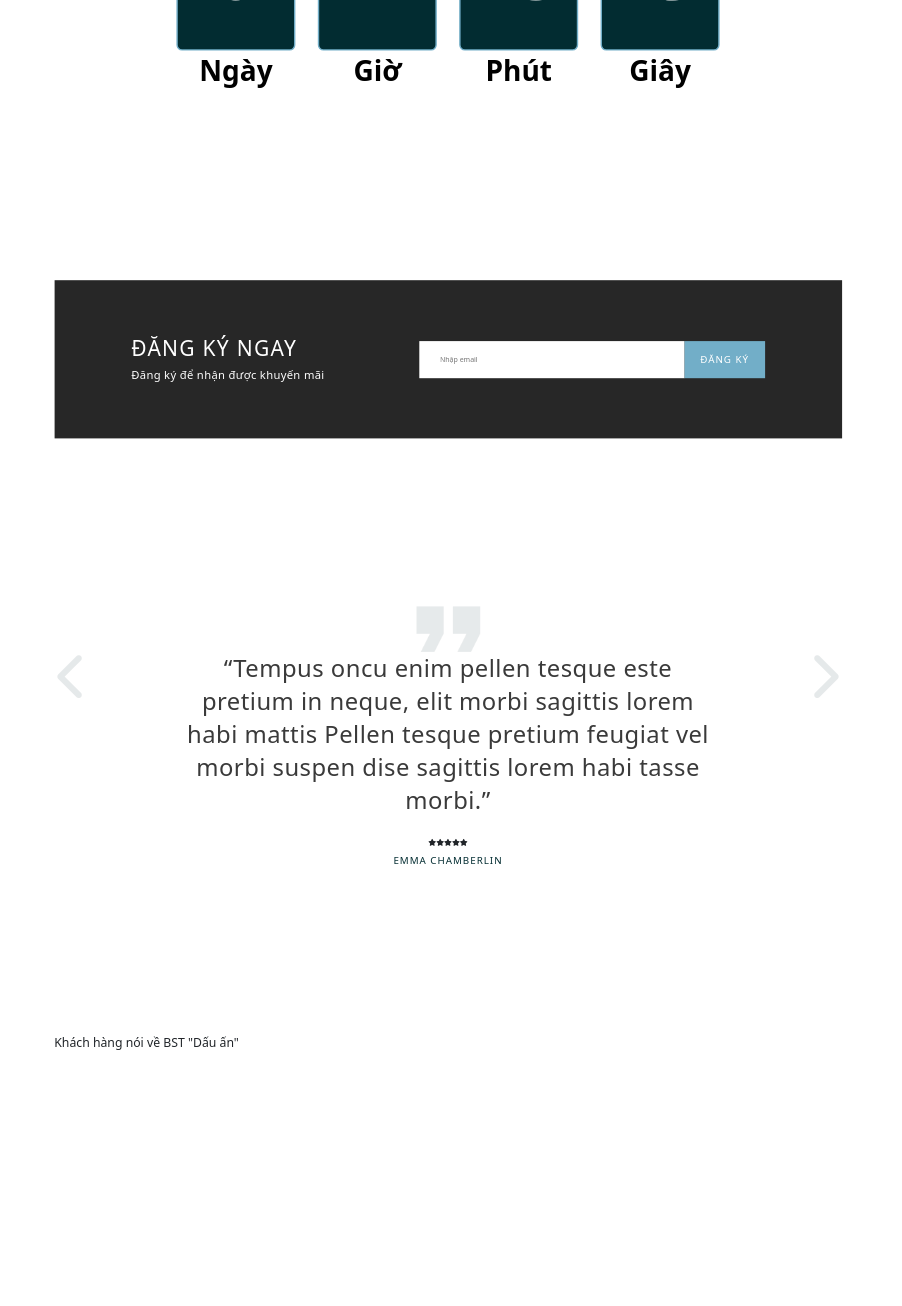
Repository: CangNgo/shoptrangsuc.github.io
Page: index.html
The author's editor kept a copy of each file at every save. The page is drawn from the files as they stood at one save, then again after a run of saves.
The browser window is 1280 px wide. The page is 1288 px wide, so the pictures cover 1288 px, including what lies to the right of the window. The pictures show the part of the page from y = 3966 to 5846 px (the page is 5831 px tall before and 5846 px after), at 70% of full size.

Above is the page before, as saved 2024-01-11 18:23:18.

### index.html
<!DOCTYPE html>
<html lang="en">

<head>
    <meta charset="UTF-8">
    <meta name="viewport" content="width=device-width, initial-scale=1.0">
    <link rel="stylesheet" href="asset/css/style.css">
    <link rel="stylesheet" href="asset/css/layout.css">
    <link rel="stylesheet" href="asset/fontawesome-free-6.2.1-web/fontawesome-free-6.2.1-web/css/all.min.css">
    <link href="https://cdn.jsdelivr.net/npm/bootstrap@5.3.2/dist/css/bootstrap.min.css" rel="stylesheet" integrity="sha384-T3c6CoIi6uLrA9TneNEoa7RxnatzjcDSCmG1MXxSR1GAsXEV/Dwwykc2MPK8M2HN" crossorigin="anonymous">

    <title>Serein shop trang sức</title>
</head>

<body>
    <main>
        <header>
            <div class="grid wide">
                <div class="header__main">
                    <div class="logo">
                        <img src="asset/img/logo.png" alt="">
                    </div>
                    <div class="nav">
                        <div class="navbar">
                            <ul>
                                <li><a href="#">Home</a></li>
                                <li><a href="shop.html">Shop</a></li>
                                <li><a href="#">About</a></li>
                                <li><a href="#">Blogs</a></li>
                                <li><a href="#">Contact</a></li>
                            </ul>
                        </div>
                        <div class="right__icons">
                            <div class="right__icon-item">
                                <i class="fa-solid fa-magnifying-glass"></i>
                            </div>
                            <div class="right__icon-item">
                                <i class="fa-solid fa-user"></i>
                            </div>
                            <div class="right__icon-item">
                                <i class="fa-solid fa-cart-shopping"></i>
                                <span>(0)</span>
                            </div>
                        </div>
                    </div>
                </div>
            </div>
        </header>
        <div class="banner">
            <div class="grid wide">
                <div class="row">
                    <div class="col l-6">
                        <div class="banner__left">
                            <h3>Bộ sưu tập</h3>
                            <h2>Dấu ấn</h2>
                            <span>Mỗi chúng ta là một cá thể độc nhất trên thế giới, vậy nên, hãy thoải mái sáng tạo
                                theo cách riêng của bạn. Dù ở bất kỳ phiên bản nào, Serein Jewelry luôn đồng hành cùng
                                bạn ghi lại “DẤU ẤN” riêng bạn.</span>
                        </div>
                    </div>
                    <div class="col l-6 ">
                        <div class="banner__right">
                            <div class="banner__right-btn">
                                <i class="fa-solid fa-chevron-left"></i>
                            </div>
                            <div class="banner-right-img">
                                <img src="asset/img/vong-bac-banner.png" alt="">
                            </div>
                            <div class="banner__right-btn">
                                <i class="fa-solid fa-chevron-right"></i>
                            </div>
                        </div>
                    </div>
                </div>
                <div class="row banner__bottom">
                    <div class="col l-6">
                        <form class="banner-bottom-left">
                            <button type="submit" name="">Mua ngay</button>
                        </form>
                    </div>
                    <div class="col l-6">
                        <div class="banner-bottom-right">
                            <div class="banner-bottom-color">
                                <div class="banner-bottom-color-item gold"></div>
                                <div class="banner-bottom-color-item white"></div>
                            </div>
                            <div class="banner-bottom-play">
                                <i class="fa-solid fa-circle-play"></i>
                            </div>
                        </div>
                    </div>
                </div>
            </div>
        </div>
        <section class="features container">
            <div class="grid wide">
                <div class="row">
                    <div class="col l-3">
                        <div class="features-item">
                            <div class="features-icon">
                                <i class="fa-solid fa-cart-shopping"></i>
                            </div>
                            <div class="feeatures-items">
                                <h4>Miễn phí giao hàng</h4>
                                <span>Consectetur adipi elit lorem ipsum dolor sit amet.</span>
                            </div>
                        </div>
                    </div>
                    <div class="col l-3">
                        <div class="features-item">
                            <div class="features-icon">
                                <i class="fa-solid fa-medal"></i>
                            </div>
                            <div class="feeatures-items">
                                <h4>Đảm bảo chất lượng</h4>
                                <span>Consectetur adipi elit lorem ipsum dolor sit amet.</span>
                            </div>
                        </div>
                    </div>
                    <div class="col l-3">
                        <div class="features-item">
                            <div class="features-icon">
                                <i class="fa-solid fa-tag"></i>
                            </div>
                            <div class="feeatures-items">
                                <h4>Ưu đãi hàng ngày</h4>
                                <span>Consectetur adipi elit lorem ipsum dolor sit amet.</span>
                            </div>
                        </div>
                    </div>
                    <div class="col l-3">
                        <div class="features-item">
                            <div class="features-icon">
                                <i class="fa-solid fa-shield"></i>
                            </div>
                            <div class="feeatures-items">
                                <h4>Thanh toán an toàn</h4>
                                <span>Consectetur adipi elit lorem ipsum dolor sit amet.</span>
                            </div>
                        </div>
                    </div>
                </div>
            </div>
        </section>
        <section class="product container">
            <div class="grid wide">
                <div class="product-section">
                    <h3>Sản phẩm mới</h3>
                    <span><a href="#">Đi đến shop</a></span>
                </div>
                <div class="row">
                    <form class="col l-3">
                        <div class="product-item">
                            <div class="product-top">
                                <div class="product-item-img">
                                    <img src="asset/img/vong-bac.png" alt="Vòng tay bạc">
                                </div>
                            </div>
                            <div class="product-bottom">
                                <div class="product-item-bottom">
                                    <div class="product-item-name">Vòng tay bạc</div>
                                    <div class="product-item-price"><a href="#">300.000 VNĐ</a></div>
                                </div>
                                <div class="buy-product" style="position: relative;">
                                    <button name="buy_product">Mua ngay</button>
                                    <button class="buy-product-item" name="cart_product"><i class="fa-solid fa-cart-shopping"></i></button>
                                </div>
                            </div>
                        </div>
                    </form>
                    <div class="col l-3">
                        <div class="product-item">
                            <div class="product-item-img">
                                <img src="asset/img/nhan-bac.png" alt="Vòng tay bạc">
                            </div>
                            <div class="product-item-bottom">
                                <div class="product-item-name">Vòng tay bạc</div>
                                <div class="product-item-price"><a href="#">300.000 VNĐ</a></div>
                            </div>
                        </div>
                    </div>
                    <div class="col l-3">
                        <div class="product-item">
                            <div class="product-item-img">
                                <img src="asset/img/bong-tai-bac.png" alt="Vòng tay bạc">
                            </div>
                            <div class="product-item-bottom">
                                <div class="product-item-name">Vòng tay bạc</div>
                                <div class="product-item-price"><a href="#">300.000 VNĐ</a></div>
                            </div>
                        </div>
                    </div>
                    <div class="col l-3">
                        <div class="product-item">
                            <div class="product-item-img">
                                <img src="asset/img/nhan-vang.png" alt="Vòng tay bạc">
                            </div>
                            <div class="product-item-bottom">
                                <div class="product-item-name">Vòng tay bạc</div>
                                <div class="product-item-price"><a href="#">300.000 VNĐ</a></div>
                            </div>
                        </div>
                    </div>
                </div>
            </div>
        </section>
        <section class="product container">
            <div class="grid wide">
                <div class="product-section">
                    <h3>Sản phẩm yêu thích</h3>
                    <span><a href="#">Đi đến shop</a></span>
                </div>
                <div class="row">
                    <div class="col l-3">
                        <div class="product-item">
                            <div class="product-item-img">
                                <img src="asset/img/vong-bac.png" alt="Vòng tay bạc">
                            </div>
                            <div class="product-item-bottom">
                                <div class="product-item-name">Vòng tay bạc</div>
                                <div class="product-item-price"><a href="#">300.000 VNĐ</a></div>
                            </div>
                        </div>
                    </div>
                    <div class="col l-3">
                        <div class="product-item">
                            <div class="product-item-img">
                                <img src="asset/img/nhan-bac.png" alt="Vòng tay bạc">
                            </div>
                            <div class="product-item-bottom">
                                <div class="product-item-name">Vòng tay bạc</div>
                                <div class="product-item-price"><a href="#">300.000 VNĐ</a></div>
                            </div>
                        </div>
                    </div>
                    <div class="col l-3">
                        <div class="product-item">
                            <div class="product-item-img">
                                <img src="asset/img/bong-tai-bac.png" alt="Vòng tay bạc">
                            </div>
                            <div class="product-item-bottom">
                                <div class="product-item-name">Vòng tay bạc</div>
                                <div class="product-item-price"><a href="#">300.000 VNĐ</a></div>
                            </div>
                        </div>
                    </div>
                    <div class="col l-3 m-12 c-12">
                        <div class="product-item">
                            <div class="product-item-img">
                                <img src="asset/img/nhan-vang.png" alt="Vòng tay bạc">
                            </div>
                            <div class="product-item-bottom">
                                <div class="product-item-name">Vòng tay bạc</div>
                                <div class="product-item-price"><a href="#">300.000 VNĐ</a></div>
                            </div>
                        </div>
                    </div>
                </div>
            </div>
        </section>
        <section class="posts product container">
            <div class="grid wide">
                <div class="product-section">
                    <h3>Bài viết mới</h3>
                    <span><a href="#">Đi đến blog</a></span>
                </div>
                <div class="row">
                    <div class="col l-4">
                        <div class="posts-item">
                            <div class="post-item-img"><img src="asset/img/post1.png" alt=""></div>
                            <div class="post-item-datetime">feb 22, 2023 - Gadgets</div>
                            <div class="post-item-name">Get some cool gadgets in 2023</div>
                        </div>
                    </div>
                    <div class="col l-4">
                        <div class="posts-item">
                            <div class="post-item-img"><img src="asset/img/post2.png" alt=""></div>
                            <div class="post-item-datetime">feb 22, 2023 - technology</div>
                            <div class="post-item-name">TECHNOLOGY HACK YOU WON’T GET</div>
                        </div>
                    </div>
                    <div class="col l-4">
                        <div class="posts-item">
                            <div class="post-item-img"><img src="asset/img/post3.png" alt=""></div>
                            <div class="post-item-datetime">feb 22, 2023 - camera</div>
                            <div class="post-item-name">toP 10 SMALL cAMERA IN THE WORLD</div>
                        </div>
                    </div>
                </div>
            </div>
        </section>
        <section class="coutdown container">
            <div class="grid wide">
                <div class="coutdown-content">
                    <h3>Đăng ký ngay để sở hữu BST "Dấu ấn"</h3>
                    <div class="coutdown-content-bottom">
                        <span>Vì “Dấu ấn” là BST độc nhất cho mỗi khách hàng, nên chúng tôi chỉ mở bán với số lượng giới
                            hạn.
                            Đặc biệt, khi mua hàng càng sớm bạn sẽ nhận được nhiều ưu đãi đặc biệt từ Serein Jewelry.
                        </span>
                        <button name="buy_submit">Mua ngay</button>
                    </div>
                </div>
                <div class="coutdown-olock">
                    <div class="coutdown-olock-item">
                        <div class="coutdown-olock-item-hour">0</div>
                        <div class="coutdown-olock-item-day">Ngày</div>
                    </div>
                    <div class="coutdown-olock-item">
                        <div class="coutdown-olock-item-hour">7</div>
                        <div class="coutdown-olock-item-day">Giờ</div>
                    </div>
                    <div class="coutdown-olock-item">
                        <div class="coutdown-olock-item-hour">23</div>
                        <div class="coutdown-olock-item-day">Phút</div>
                    </div>
                    <div class="coutdown-olock-item">
                        <div class="coutdown-olock-item-hour">49</div>
                        <div class="coutdown-olock-item-day">Giây</div>
                    </div>
                </div>
            </div>
        </section>
        <section class="form-register container">
            <div class="grid wide">
                <div class="form-register-main">
                    <div class="form-register-content">
                        <h3>Đăng ký ngay</h3>
                        <span>Đăng ký để nhận được khuyến mãi</span>
                    </div>
                    <div class="form-register-input">
                        <input type="text" placeholder="Nhập email">
                        <button>Đăng ký</button>
                    </div>
                </div>
            </div>
        </section>
        <section class="testimony container">
            <div class="grid wide">
                <div class="testimony-main">
                    <div class="testimony-icon">
                        <img src="asset/img/testimony-icon.png" alt="">
                    </div>
                    <div class="testimony-content">
                        <div class="testimony-button-left">
                            <i class="fa-solid fa-chevron-left"></i>
                        </div>
                        <div class="testimony-content-said">
                            “Tempus oncu enim pellen tesque este pretium in neque, elit morbi sagittis lorem habi mattis
                            Pellen tesque pretium feugiat vel morbi suspen dise sagittis lorem habi tasse morbi.”
                        </div>
                        <div class="testimony-button-right">
                            <i class="fa-solid fa-chevron-right"></i>
                        </div>
                    </div>
                    <div class="testimony-star">
                        <div class="testimony-star-items">
                            <div class="testimony-star-item">
                                <i class="fa-solid fa-star"></i>
                            </div>
                            <div class="testimony-star-item">
                                <i class="fa-solid fa-star"></i>
                            </div>
                            <div class="testimony-star-item">
                                <i class="fa-solid fa-star"></i>
                            </div>
                            <div class="testimony-star-item">
                                <i class="fa-solid fa-star"></i>
                            </div>
                            <div class="testimony-star-item">
                                <i class="fa-solid fa-star"></i>
                            </div>
                        </div>
                        <div class="testtimony-star-name">
                            Emma Chamberlin
                        </div>
                    </div>
                </div>
            </div>
        </section>
        <div class="evaluate container">
            <div class="grid wide">
                <h3>Khách hàng nói về BST "Dấu ấn"</h3>
                <div class="row">
                    <div class="col l-4"></div>
                    <div class="col l-4"></div>
                    <div class="col l-4"></div>
                </div>
            </div>
        </div>
        <footer class="container">
            <div class="grid wide">
                <div class="row">
                    <div class="col-4" style="background-color: red;"></div>
                    <div class="col-2" style="background-color: blue;"></div>
                    <div class="col-3"></div>
                    <div class="col-3"></div>
                </div>
            </div>
        </footer>
    </main>
</body>

</html>

Loaded but not shown: asset/fontawesome-free-6.2.1-web/fontawesome-free-6.2.1-web/css/all.min.css (library); asset/css/style.css (801 lines, source omitted); asset/css/layout.css (245 lines, source omitted)

After the next 2 saves:
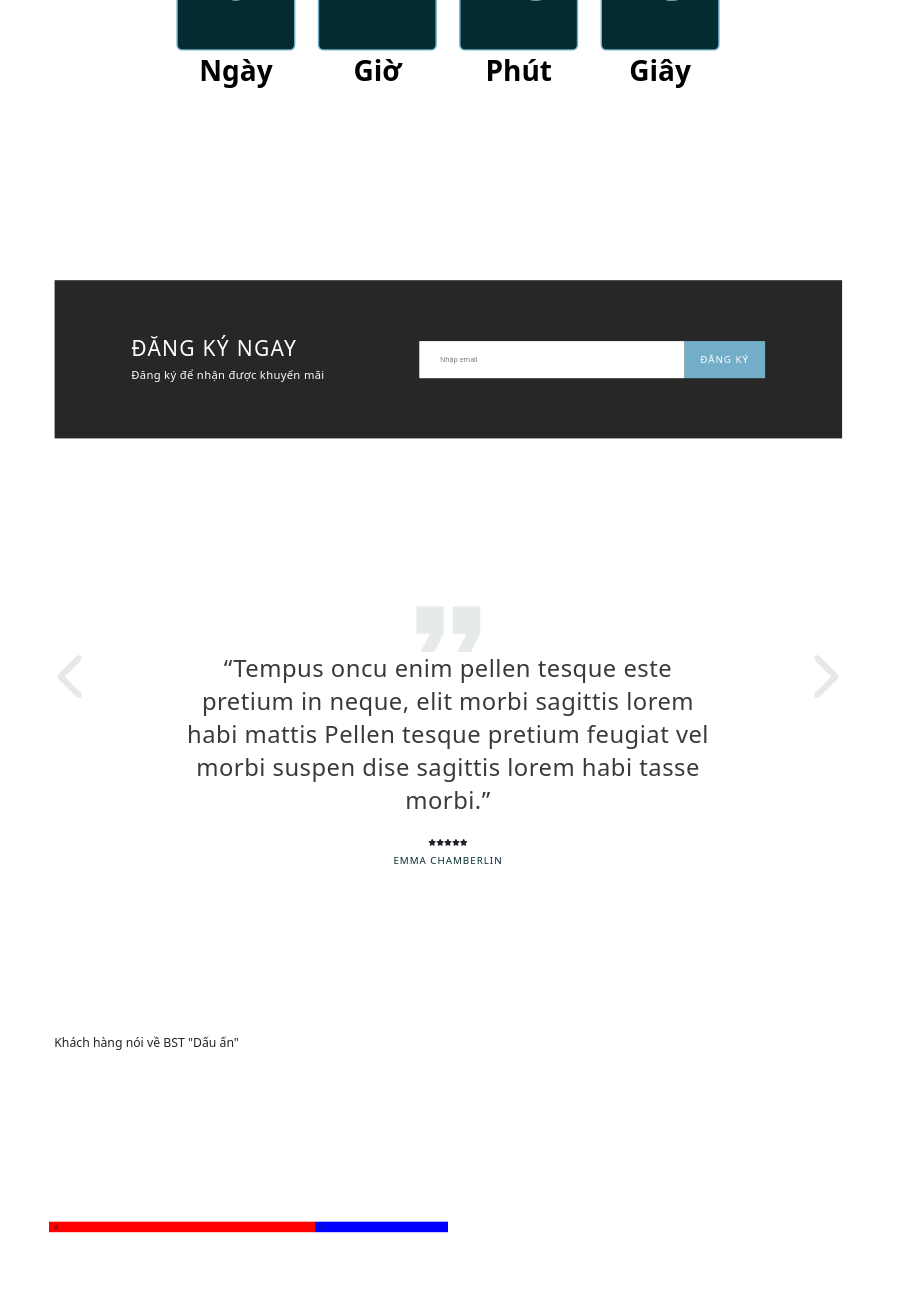
The 2 saves are shown as one change because they came seconds apart.
The last was saved 12 s later.
--- a/index.html
+++ b/index.html
@@ -391,8 +391,8 @@
         <footer class="container">
             <div class="grid wide">
                 <div class="row">
-                    <div class="col-4" style="background-color: red;"></div>
-                    <div class="col-2" style="background-color: blue;"></div>
+                    <div class="col-4" style="background-color: red;">a</div>
+                    <div class="col-2" style="background-color: blue;">a</div>
                     <div class="col-3"></div>
                     <div class="col-3"></div>
                 </div>
